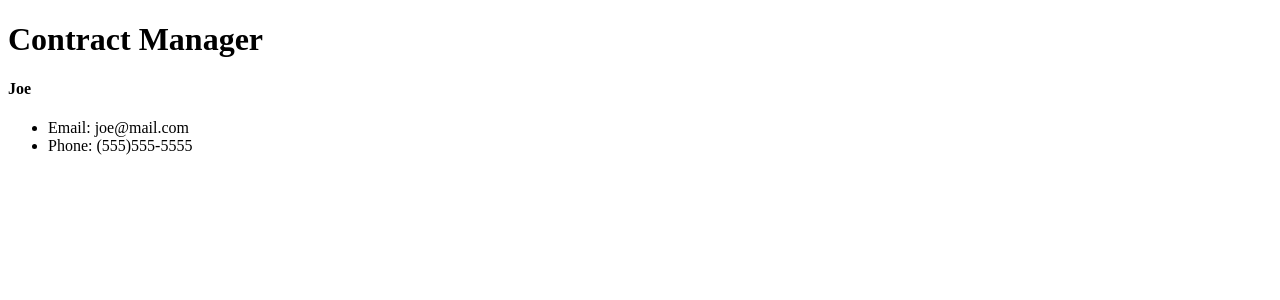
Repository: MikeTroianello/Contact-Manager
Page: /
An editor plug-in stored every save of this project. The page is shown before and after the next save, followed by the edit.
The browser window is 1280 px wide. The pictures show the whole page.
The project was rebuilt for these pictures with package versions that can differ from the ones it lists, and the page was loaded fresh each time. Also part of the build but not shown: src/App.css.

Above is the page before, as saved 2019-05-18 23:20:48.

After the next save:
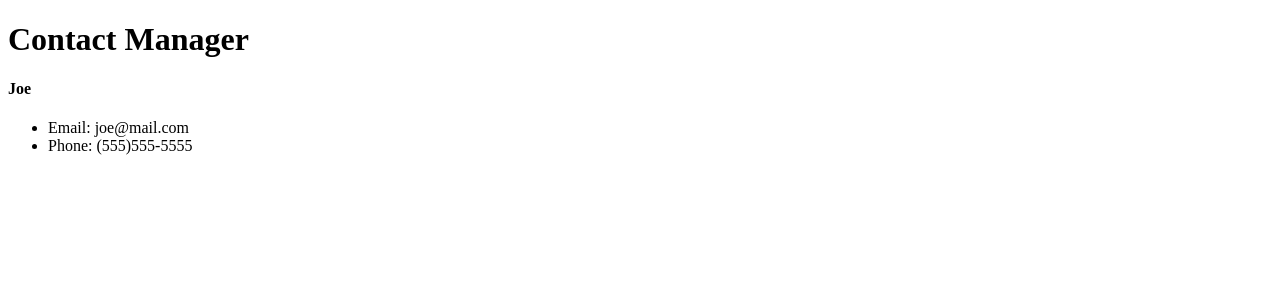
Saved 46 s later.
--- a/src/components/Header.js
+++ b/src/components/Header.js
@@ -1,11 +1,11 @@
 import React from "react";
 
-function Header() {
+const Header = () => {
   return (
     <div>
-      <h1>Contract Manager</h1>
+      <h1>Contact Manager</h1>
     </div>
   );
-}
+};
 
 export default Header;
